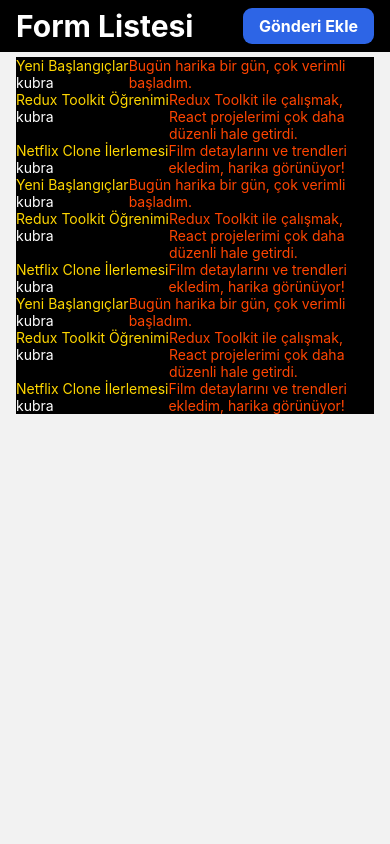
Repository: Kubraaygun/FirebaseRN
Screen: /
The author's editor kept a copy of each file at every save. The screen is drawn from the files as they stood at one save, then again after the next save.
The app was drawn by React Native's web renderer in a window 390 px wide. The project was rebuilt for these pictures with package versions that can differ from the ones it lists, and the page was loaded fresh each time. Requests to the local data server were answered from the project's data file. Also part of the build but not shown: src/screens/AddPost/AddPostView.jsx, src/screens/AddPost/AddPostController.jsx.

Above is the screen before, as saved 2025-01-20 20:34:33.

### App.js
import {SafeAreaView, StyleSheet, Text, View} from 'react-native';
import React, {useState} from 'react';
import {createNativeStackNavigator} from '@react-navigation/native-stack';
import {NavigationContainer} from '@react-navigation/native';
import ListPostController from './src/screens/ListPost/ListPostController';
import AddPostController from './src/screens/AddPost/AddPostController';
import AppBar from './src/screens/component/AppBar';

const App = () => {
  const [activePage, setActivePage] = useState('Gönderiler');
  const Stack = createNativeStackNavigator();
  return (
    <SafeAreaView style={{flex: 1}}>
      <NavigationContainer>
        <AppBar activePage={activePage} setActivePage={setActivePage} />
        <Stack.Navigator screenOptions={{headerShown: false}}>
          <Stack.Screen name="ListPost" component={ListPostController} />
          <Stack.Screen name="AddPost" component={AddPostController} />
        </Stack.Navigator>
      </NavigationContainer>
    </SafeAreaView>
  );
};

export default App;

const styles = StyleSheet.create({});

### src/screens/ListPost/ListPostController.jsx
import {StyleSheet, Text, View} from 'react-native';
import React, {useEffect, useState} from 'react';
import ListPostView from './ListPostView';
import axios from 'axios';
const ListPostController = () => {
  const [postData, setPostData] = useState([]);
  useEffect(() => {
    axios
      .get('http://localhost:3000/posts')
      .then(res => setPostData(res.data))
      .catch(error => console.log(error));
  }, []);
  return <ListPostView postData={postData} />;
};

export default ListPostController;

const styles = StyleSheet.create({});

### src/screens/component/AppBar.jsx
import {StyleSheet, Text, View} from 'react-native';
import React from 'react';
import CustomButton from './CustomButton';
import {useNavigation} from '@react-navigation/native';

const AppBar = ({activePage, setActivePage}) => {
  const navigation = useNavigation();
  return (
    <View style={styles.container}>
      <Text style={styles.title}>Form Listesi</Text>
      {activePage === 'Gönderiler' ? (
        <CustomButton
          buttonTitle={'Gönderi Ekle'}
          onPress={() => {
            setActivePage('Gönderi Ekle');
            navigation.navigate('AddPost');
          }}
        />
      ) : (
        <CustomButton
          buttonTitle={'Gönderi Listesi'}
          onPress={() => {
            setActivePage('Gönderiler');
            navigation.navigate('ListPost');
          }}
        />
      )}
    </View>
  );
};

export default AppBar;

const styles = StyleSheet.create({
  container: {
    backgroundColor: '#000000',
    flexDirection: 'row',
    justifyContent: 'space-between',
    paddingHorizontal: 16,
    paddingVertical: 8,
    alignItems: 'center',
  },
  title: {
    color: 'white',
    fontSize: 30,
    fontWeight: '700',
  },
});

### src/screens/ListPost/ListPostView.jsx
import {FlatList, StyleSheet, Text, View} from 'react-native';
import React from 'react';

const ListPostView = ({postData}) => {
  return (
    <View style={styles.container}>
      <FlatList
        data={postData}
        renderItem={({item}) => (
          <View style={styles.post}>
            <View style={styles.info}>
              <Text style={styles.title}>{item.title}</Text>
              <Text style={styles.user}>{item.user}</Text>
            </View>

            <Text style={styles.text}>{item.text}</Text>
          </View>
        )}
      />
    </View>
  );
};

export default ListPostView;

const styles = StyleSheet.create({
  container: {
    paddingHorizontal: 16,
    paddingVertical: 5,
  },
  post: {
    backgroundColor: 'black',
    justifyContent: 'space-between',
    flexDirection: 'row',
  },
  title: {
    color: 'gold',
  },
  user: {
    color: 'white',
  },
  text: {
    color: 'orangered',
  },
});

### src/screens/component/CustomButton.jsx
import {StyleSheet, Text, TouchableOpacity, View} from 'react-native';
import React from 'react';

const CustomButton = ({buttonTitle, onPress}) => {
  return (
    <TouchableOpacity onPress={onPress} style={styles.buttonContainer}>
      <Text style={styles.buttonTitle}>{buttonTitle}</Text>
    </TouchableOpacity>
  );
};

export default CustomButton;

const styles = StyleSheet.create({
  buttonContainer: {
    backgroundColor: '#2D65E6',
    paddingHorizontal: 16,
    paddingVertical: 8,
    borderRadius: 9,
  },
  buttonTitle: {
    color: '#ffffff',
    fontSize: 16,
    fontWeight: '700',
  },
});

### db.json
{
  "posts": [
    {
      "id": 1,
      "date": "2025-01-20",
      "title": "Yeni Başlangıçlar",
      "text": "Bugün harika bir gün, çok verimli başladım.",
      "user": "kubra"
    },
    {
      "id": 2,
      "date": "2025-01-19",
      "title": "Redux Toolkit Öğrenimi",
      "text": "Redux Toolkit ile çalışmak, React projelerimi çok daha düzenli hale getirdi.",
      "user": "kubra"
    },
    {
      "id": 3,
      "date": "2025-01-18",
      "title": "Netflix Clone İlerlemesi",
      "text": "Film detaylarını ve trendleri ekledim, harika görünüyor!",
      "user": "kubra"
    },
    {
      "id": 4,
      "date": "2025-01-20",
      "title": "Yeni Başlangıçlar",
      "text": "Bugün harika bir gün, çok verimli başladım.",
      "user": "kubra"
    },
    {
      "id": 5,
      "date": "2025-01-19",
      "title": "Redux Toolkit Öğrenimi",
      "text": "Redux Toolkit ile çalışmak, React projelerimi çok daha düzenli hale getirdi.",
      "user": "kubra"
    },
    {
      "id": 6,
      "date": "2025-01-18",
      "title": "Netflix Clone İlerlemesi",
      "text": "Film detaylarını ve trendleri ekledim, harika görünüyor!",
      "user": "kubra"
    },
    {
      "id": 7,
      "date": "2025-01-20",
      "title": "Yeni Başlangıçlar",
      "text": "Bugün harika bir gün, çok verimli başladım.",
      "user": "kubra"
    },
    {
      "id": 8,
      "date": "2025-01-19",
      "title": "Redux Toolkit Öğrenimi",
      "text": "Redux Toolkit ile çalışmak, React projelerimi çok daha düzenli hale getirdi.",
      "user": "kubra"
    },
    {
      "id": 3,
      "date": "2025-01-18",
      "title": "Netflix Clone İlerlemesi",
      "text": "Film detaylarını ve trendleri ekledim, harika görünüyor!",
      "user": "kubra"
    }
  ]
}

After the next save:
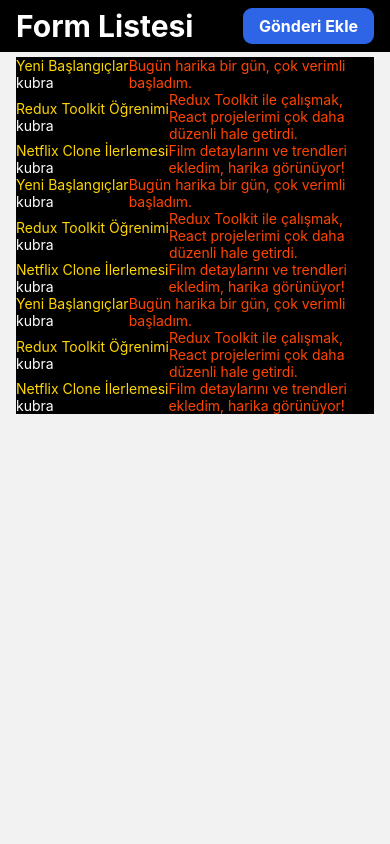
Saved 8 s later.
--- a/src/screens/ListPost/ListPostView.jsx
+++ b/src/screens/ListPost/ListPostView.jsx
@@ -31,6 +31,7 @@ const styles = StyleSheet.create({
   post: {
     backgroundColor: 'black',
     justifyContent: 'space-between',
+    alignItems: 'center',
     flexDirection: 'row',
   },
   title: {
